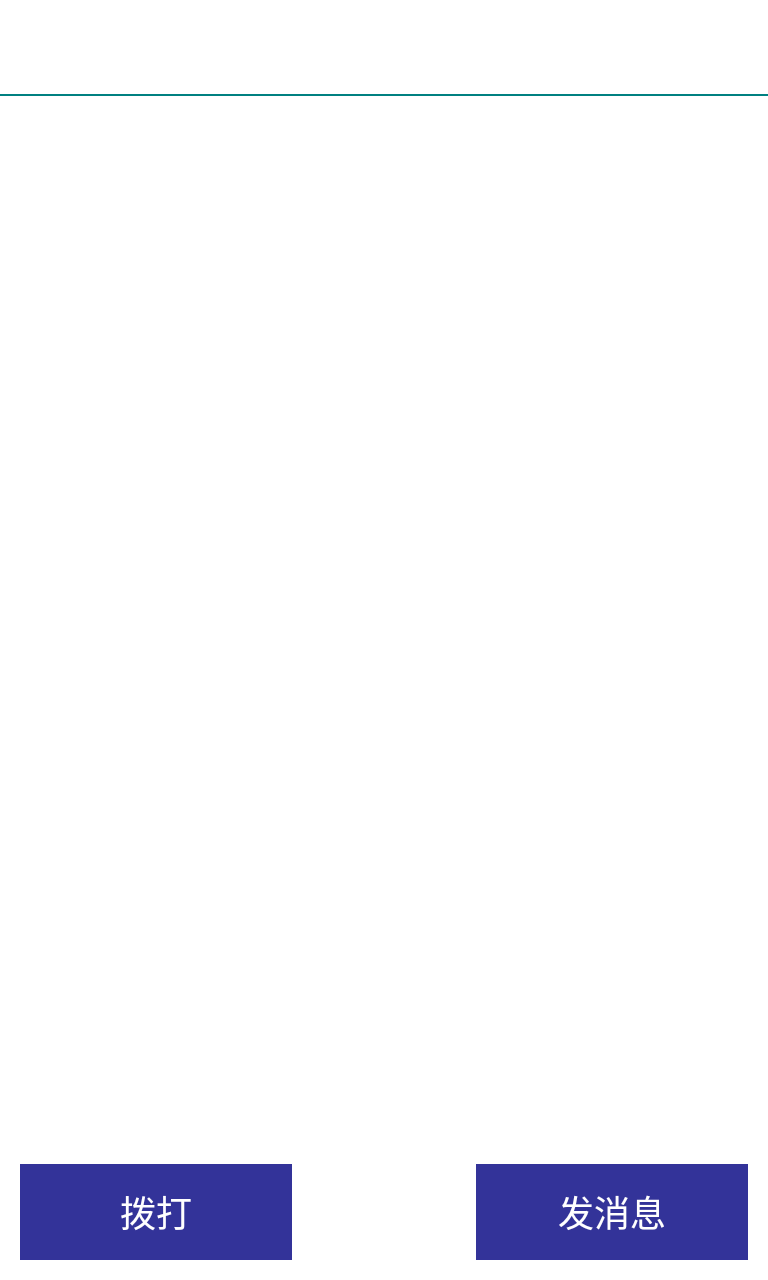
Repository: mrhanliang/Android_4.2
Layout: MailList/res/layout/maillist_content_frag.xml
The author's editor kept a copy of each file at every save. The layout is drawn from the files as they stood at one save, then again after the next save.
It is drawn on a 768 x 1280 px phone screen (xhdpi) without system bars, with theme AppTheme; the app's code is not run.

Above is the layout before, as saved 2015-12-18 10:17:19.

After the next save:
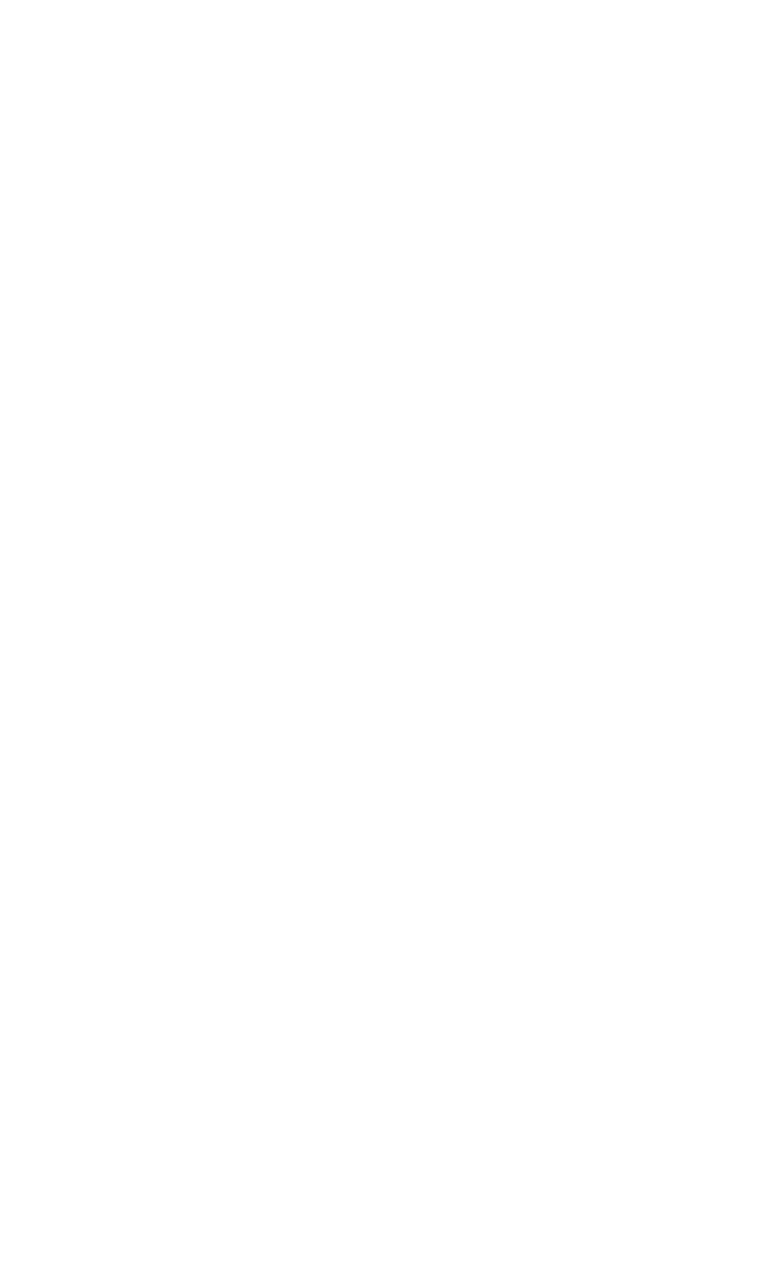
Saved 28 s later.
--- a/MailList/res/layout/maillist_content_frag.xml
+++ b/MailList/res/layout/maillist_content_frag.xml
@@ -7,7 +7,8 @@
         android:id="@+id/visibility_layout"
         android:layout_width="match_parent"
         android:layout_height="match_parent"
-        android:orientation="vertical" >
+        android:orientation="vertical"
+        android:visibility="invisible" >
 
         <TextView
             android:id="@+id/mailList_name"

After the save that followed:
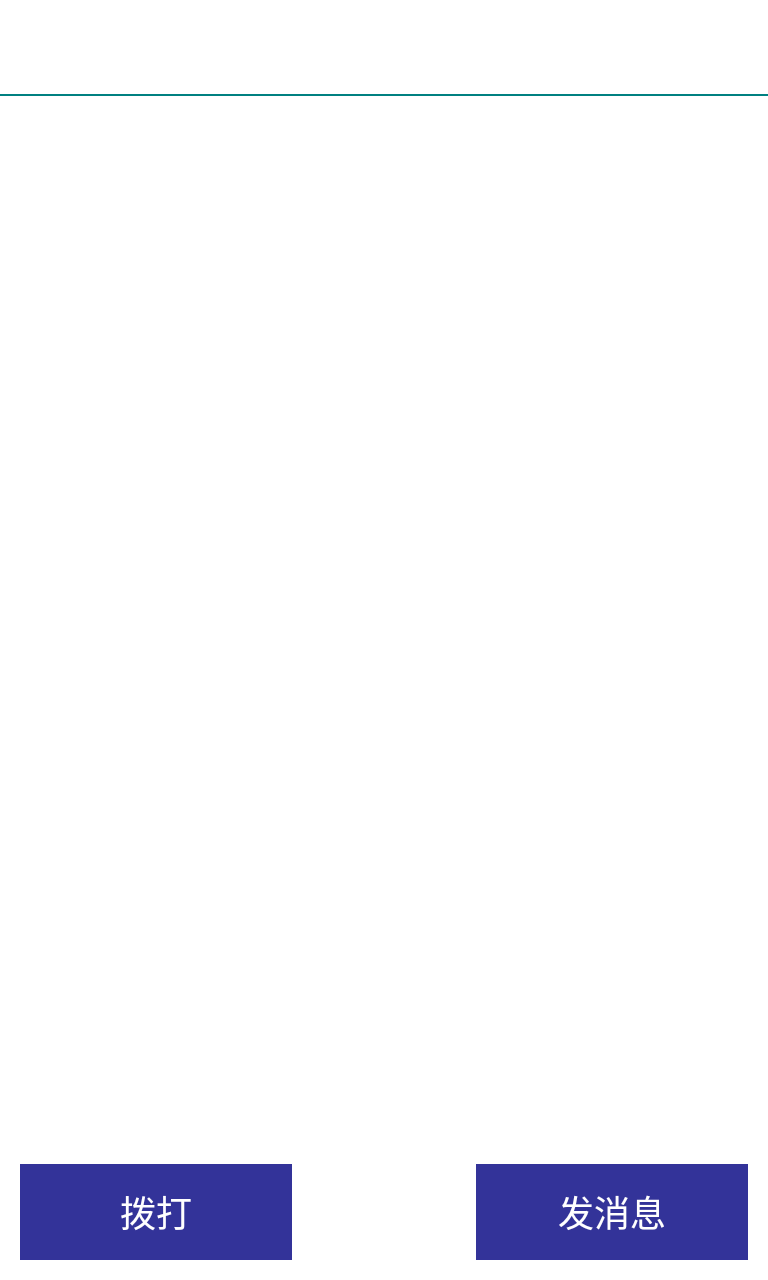
Saved 2 min 37 s later.
--- a/MailList/res/layout/maillist_content_frag.xml
+++ b/MailList/res/layout/maillist_content_frag.xml
@@ -7,8 +7,7 @@
         android:id="@+id/visibility_layout"
         android:layout_width="match_parent"
         android:layout_height="match_parent"
-        android:orientation="vertical"
-        android:visibility="invisible" >
+        android:orientation="vertical">
 
         <TextView
             android:id="@+id/mailList_name"
